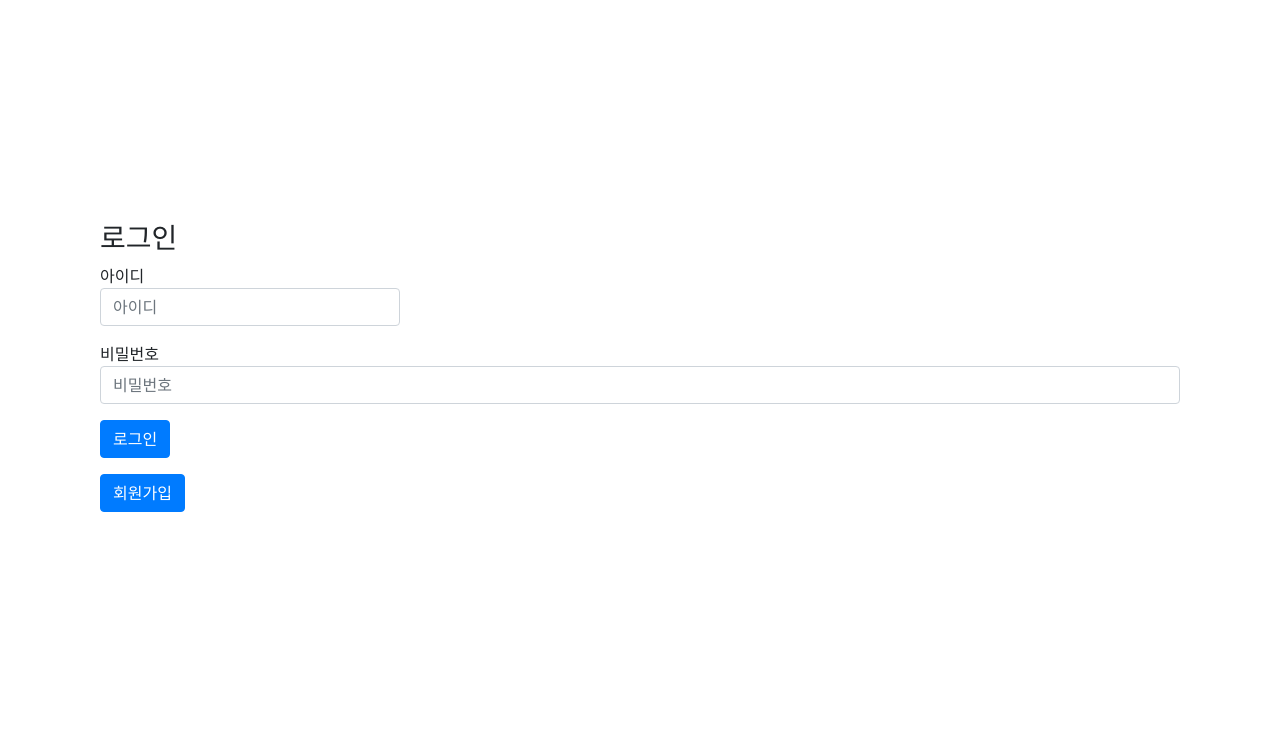
Repository: Seongjoo-Shin/webServer
Page: http://localhost/project/project/login.jsp
These files come from the project's save history. The page is drawn as it stood at one moment and after the next save; the edit follows.
The browser window is 1280 px wide. The pictures show the whole page.
The page is served by Tomcat 9. Other server files are loaded and not shown.

Above is the page before, as saved 2021-06-14 05:20:46.

### 20165514_신성주_웹서버구축_프로젝트_소스코드/project/WebContent/project/login.jsp
<%@ page language="java" contentType="text/html; charset=utf-8"
    pageEncoding="utf-8"%>
<!DOCTYPE html>
<html>
<head>
<meta charset="utf-8">
<title>로그인</title>
<link rel="stylesheet" href="https://stackpath.bootstrapcdn.com/bootstrap/4.3.1/css/bootstrap.min.css" integrity="sha384-ggOyR0iXCbMQv3Xipma34MD+dH/1fQ784/j6cY/iJTQUOhcWr7x9JvoRxT2MZw1T" crossorigin="anonymous">
</head>
<body>
	<div class="container">
		<div class="col-lg" style="margin:20% auto; border=solid;">
		<h3>로그인</h3>
		<form method="post" action="login_process.jsp">
			<p>아이디<input type="text" name="user_id" class="form-control" placeholder="아이디" style="width:300px;"></p>
			<p>비밀번호<input type="password" name="user_pwd" class="form-control" placeholder="비밀번호"></p>
			<p><input type="submit" class="btn btn-primary" value="로그인"></p>
			<p><a href="register.jsp" class="btn btn-primary">회원가입</a>
		</form>
		</div>
	</div>
</body>
</html>

After the next save:
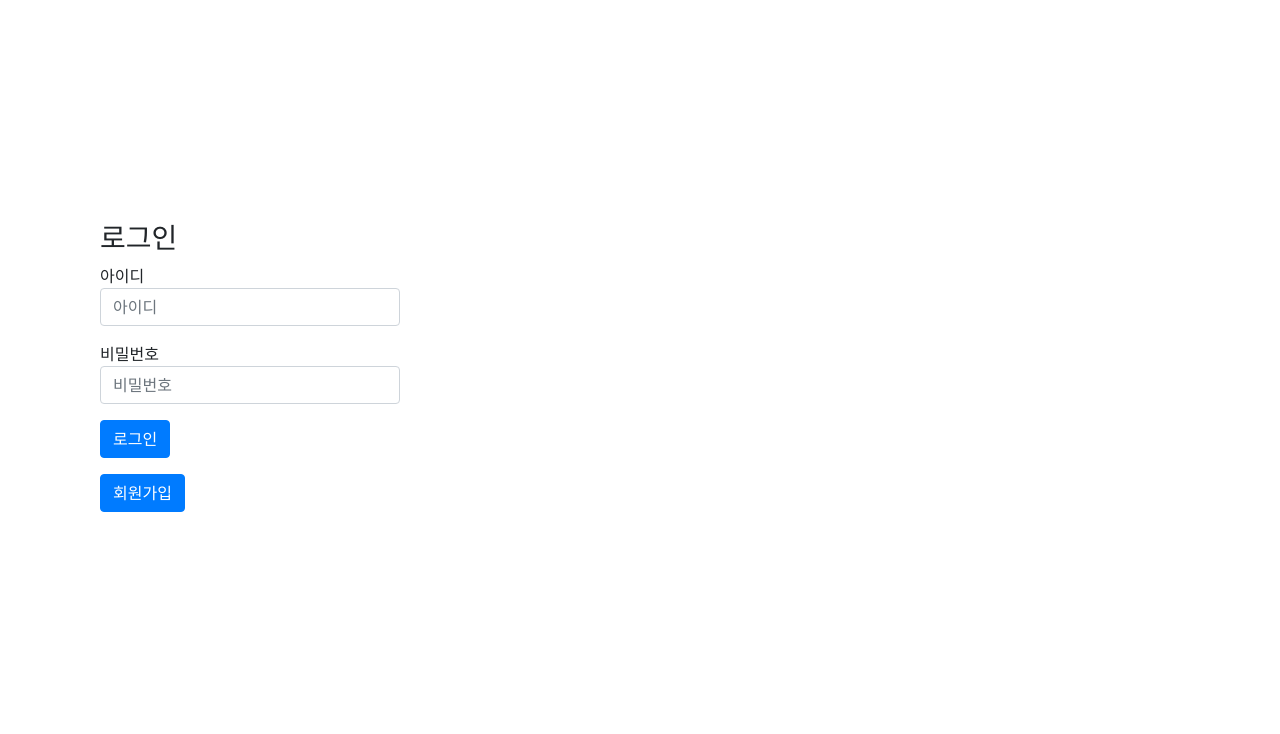
Saved 9 s later.
--- a/20165514_신성주_웹서버구축_프로젝트_소스코드/project/WebContent/project/login.jsp
+++ b/20165514_신성주_웹서버구축_프로젝트_소스코드/project/WebContent/project/login.jsp
@@ -13,7 +13,7 @@
 		<h3>로그인</h3>
 		<form method="post" action="login_process.jsp">
 			<p>아이디<input type="text" name="user_id" class="form-control" placeholder="아이디" style="width:300px;"></p>
-			<p>비밀번호<input type="password" name="user_pwd" class="form-control" placeholder="비밀번호"></p>
+			<p>비밀번호<input type="password" name="user_pwd" class="form-control" placeholder="비밀번호" style="width:300px;"></p>
 			<p><input type="submit" class="btn btn-primary" value="로그인"></p>
 			<p><a href="register.jsp" class="btn btn-primary">회원가입</a>
 		</form>
